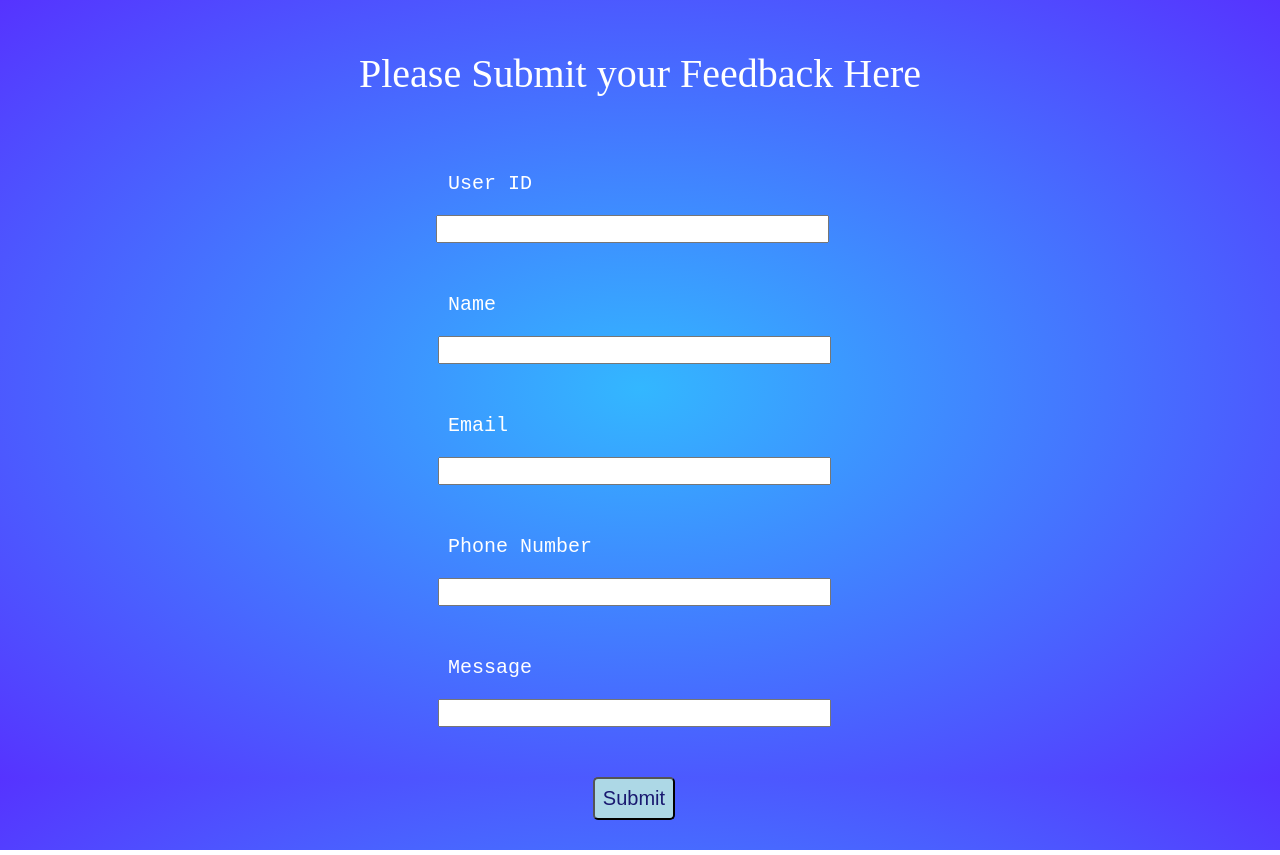
Repository: ShreyasG27/Amdocs-Training
Page: http://localhost/e-learning-frontend/contact.jsp
An editor plug-in stored every save of this project. The page is shown before and after the next save, followed by the edit.
The browser window is 1280 px wide. The pictures show the whole page.
The page is served by Tomcat 9.

Above is the page before, as saved 2021-08-22 16:22:54.

After the next save:
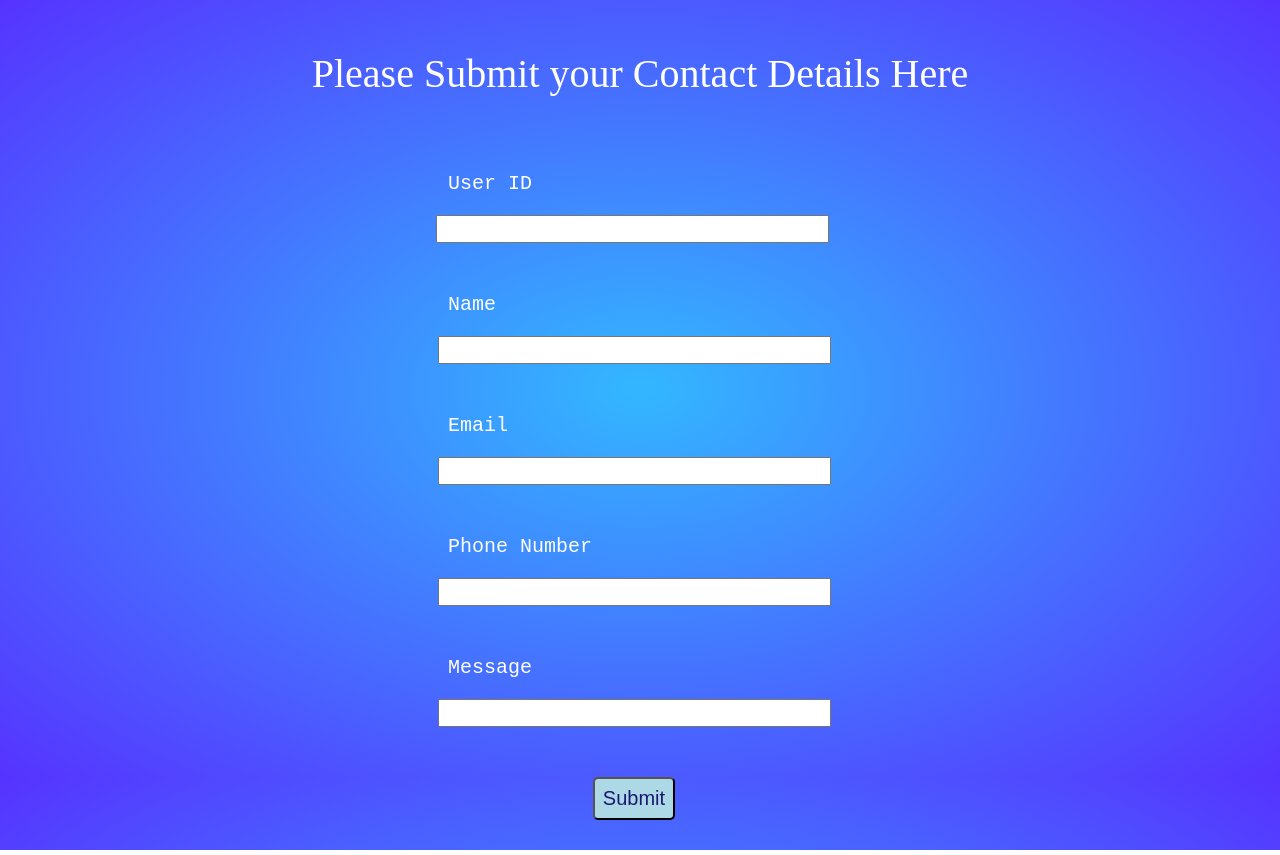
Saved 4 min 22 s later.
--- a/e-learning-frontend/src/main/webapp/contact.jsp
+++ b/e-learning-frontend/src/main/webapp/contact.jsp
@@ -88,7 +88,7 @@ li a:hover:not(.active) {
 </style>
 </head>
 <body>
-<center><p class="heading">Please Submit your Feedback Here</p></center>
+<center><p class="heading">Please Submit your Contact Details Here</p></center>
 
 <form action="contact" method="POST">
     <pre>
